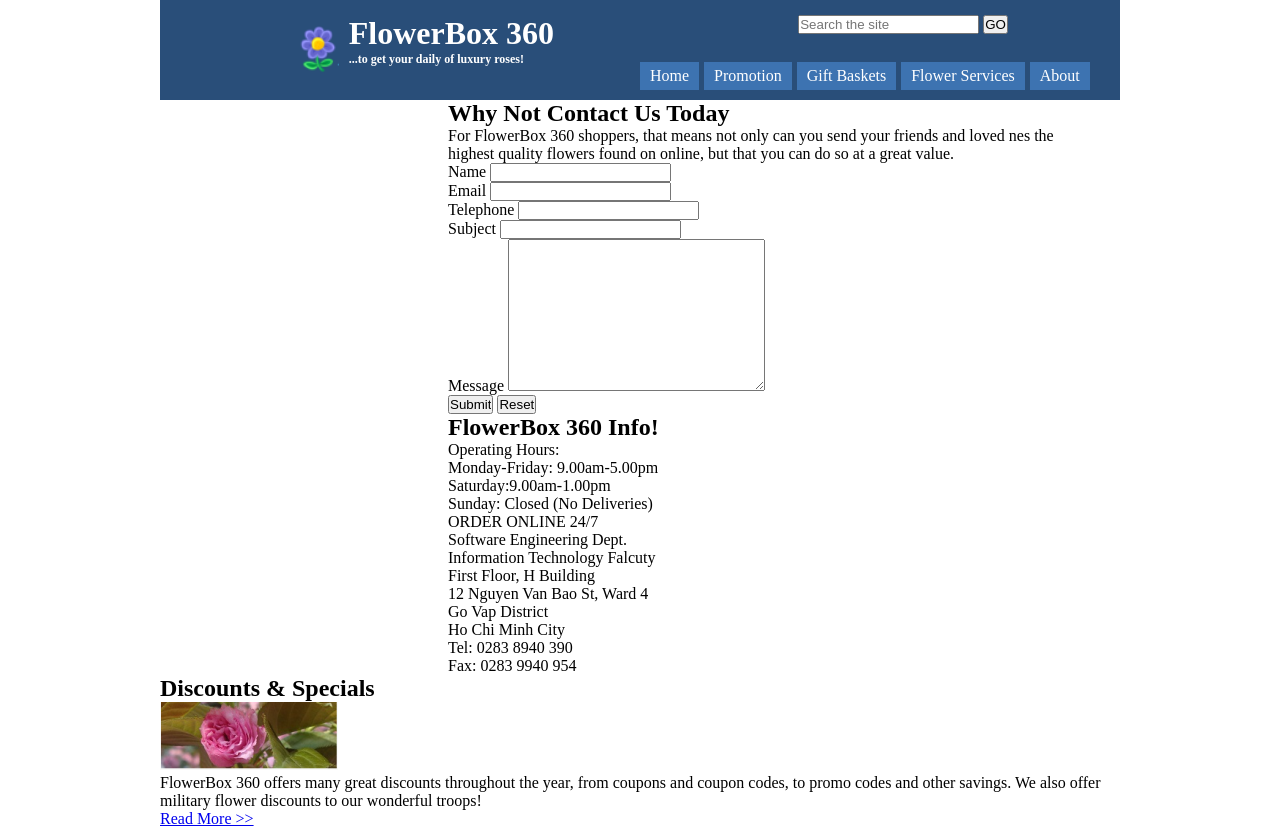
Repository: hoangnguyen1903/STT_21084321_NguyenHuyHoang_DHKHMT17B_Tuan4_DeThamKhao3
Page: html/demo.html
These files come from the project's save history. The page is drawn as it stood at one moment and after the next save; the edit follows.
The browser window is 1280 px wide. The pictures show the whole page.

Above is the page before, as saved 2023-03-09 14:45:09.

### html/demo.html
<!DOCTYPE html>
<html lang="en">
  <head>
    <meta charset="UTF-8" />
    <meta http-equiv="X-UA-Compatible" content="IE=edge" />
    <meta name="viewport" content="width=device-width, initial-scale=1.0" />
    <title>Demo 3</title>
    <style>
      * {
        padding: 0;
        box-sizing: border-box;
        margin: 0 auto;
      }

      .wrapper {
        width: 960px;
        height: 100%;
      }

      .header {
        width: 960px;
        height: 100px;
        background-color: #294e79;
        color: #fff;
        display: flex;
        position: relative;
      }

      .header > .header__left {
        display: flex;
        padding: 15px 20px;
      }

      .header > .header__left > img {
        padding-right: 10px;
      }

      .header > .header__left > div > h2 {
        font-size: 12px;
      }

      .header > .header__right {
        padding-top: 15px;
      }

      .header > .header__bottom {
        position: absolute;
        bottom: 10px;
        left: 50%;
        display: flex;
      }

      .header > .header__bottom > li {
        list-style: none;
        margin-right: 5px;
        background-color: #3d73b1;
        padding: 5px 10px;
      }

      .header > .header__bottom > li:hover {
        background-color: #fff;
      }

      .header > .header__bottom > li:hover > a {
        color: #000;
      }

      .header > .header__bottom > li > a {
        text-decoration: none;
        color: white;
      }

      .content > .content__left {
        width: calc(70% - 30px);
        margin-right: 30px;
      }

      .content > .content_right {
        width: 30%;
      }
    </style>
  </head>
  <body>
    <div class="wrapper">
      <div class="header">
        <div class="header__left">
          <img src="../img/AnhLogo.PNG" alt="Logo" class="logo" />
          <div>
            <h1>FlowerBox 360</h1>
            <h2>...to get your daily of luxury roses!</h2>
          </div>
        </div>
        <ul class="header__bottom">
          <li><a href="#">Home</a></li>
          <li><a href="#">Promotion</a></li>
          <li><a href="#">Gift Baskets</a></li>
          <li><a href="#">Flower Services</a></li>
          <li><a href="#">About</a></li>
        </ul>
        <div class="header__right">
          <input
            type="text"
            name="txt"
            id="txt"
            placeholder="Search the site"
          />
          <input type="button" value="GO" />
        </div>
      </div>
      <div class="content">
        <div class="content__left">
          <h2 class="content__left-top">Why Not Contact Us Today</h2>
          <div class="content__left-bottom">
            <div class="content__left-form">
              <p>
                For FlowerBox 360 shoppers, that means not only can you send
                your friends and loved nes the highest quality flowers found on
                online, but that you can do so at a great value.
              </p>
              <form action="">
                <div>
                  <label for="name">Name</label>
                  <input type="text" name="name" id="name" />
                </div>
                <div>
                  <label for="email">Email</label>
                  <input type="email" name="email" id="email" />
                </div>
                <div>
                  <label for="telephone">Telephone</label>
                  <input type="number" name="telephone" id="telephone" />
                </div>
                <div>
                  <label for="subject">Subject</label>
                  <input type="text" name="subject" id="subject" />
                </div>
                <div>
                  <label for="message">Message</label>
                  <textarea
                    name="message"
                    id="message"
                    cols="30"
                    rows="10"
                  ></textarea>
                </div>
                <div>
                  <input type="submit" value="Submit" />
                  <input type="reset" value="Reset" />
                </div>
              </form>
            </div>
            <div class="content__left-info">
              <h2 class="content__left-heading">FlowerBox 360 Info!</h2>
              <div>
                <p>Operating Hours:</p>
                <p>Monday-Friday: 9.00am-5.00pm</p>
                <p>Saturday:9.00am-1.00pm</p>
                <p>Sunday: Closed (No Deliveries)</p>
                <p>ORDER ONLINE 24/7</p>
              </div>
              <div>
                <p>Software Engineering Dept.</p>
                <p>Information Technology Falcuty</p>
                <p>First Floor, H Building</p>
              </div>
              <div>
                <p>12 Nguyen Van Bao St, Ward 4</p>
                <p>Go Vap District</p>
                <p>Ho Chi Minh City</p>
                <p>Tel: 0283 8940 390</p>
                <p>Fax: 0283 9940 954</p>
              </div>
            </div>
          </div>
        </div>
        <div class="content__right">
          <h2 class="content__right-top">Discounts & Specials</h2>
          <div class="content__right-bottom">
            <img src="../img/flower.PNG" alt="Flower" />
            <p>
              FlowerBox 360 offers many great discounts throughout the year,
              from coupons and coupon codes, to promo codes and other savings.
              We also offer military flower discounts to our wonderful troops!
            </p>
            <a href="#">Read More >></a>
          </div>
        </div>
      </div>
      <div class="footer"></div>
    </div>
  </body>
</html>

After the next save:
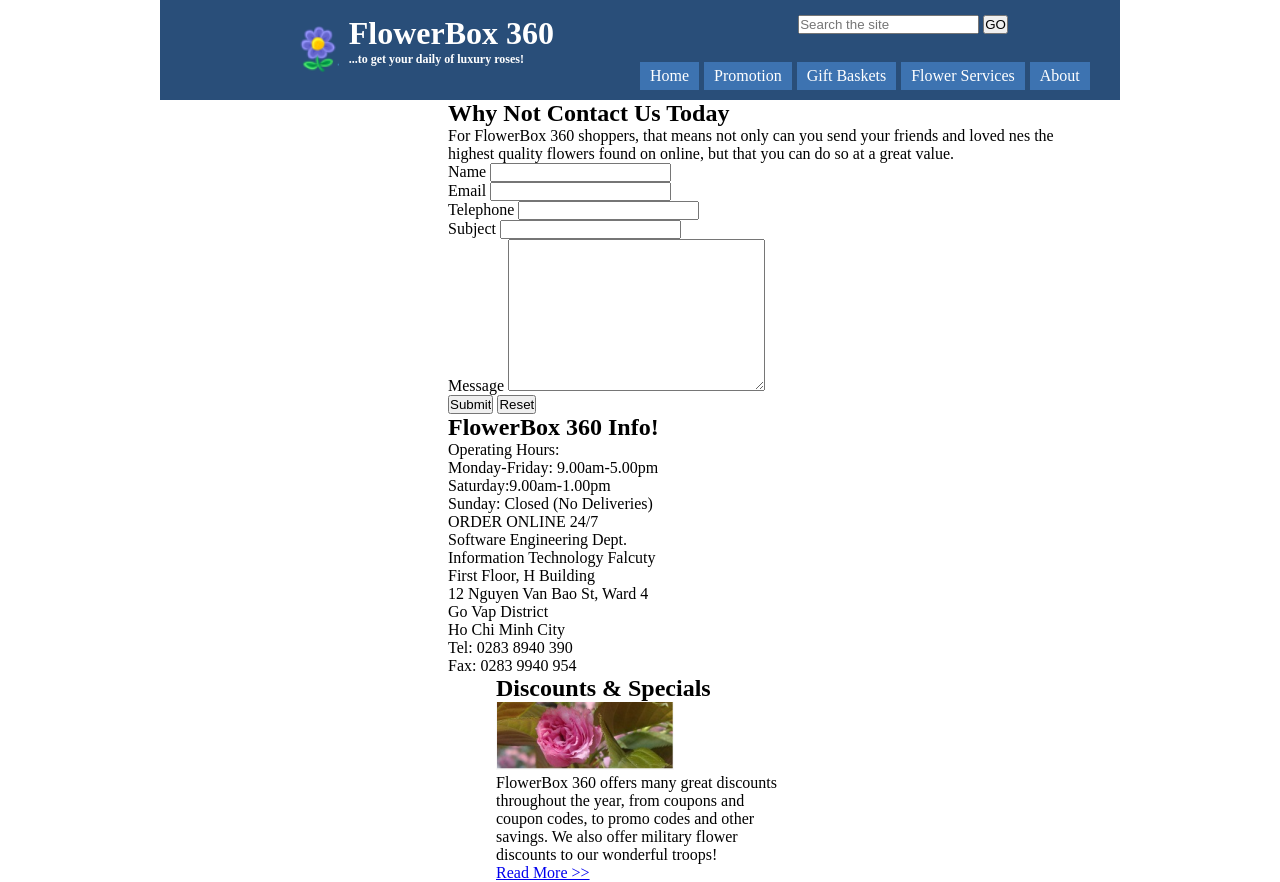
Saved 9 s later.
--- a/html/demo.html
+++ b/html/demo.html
@@ -75,7 +75,7 @@
         margin-right: 30px;
       }
 
-      .content > .content_right {
+      .content > .content__right {
         width: 30%;
       }
     </style>
